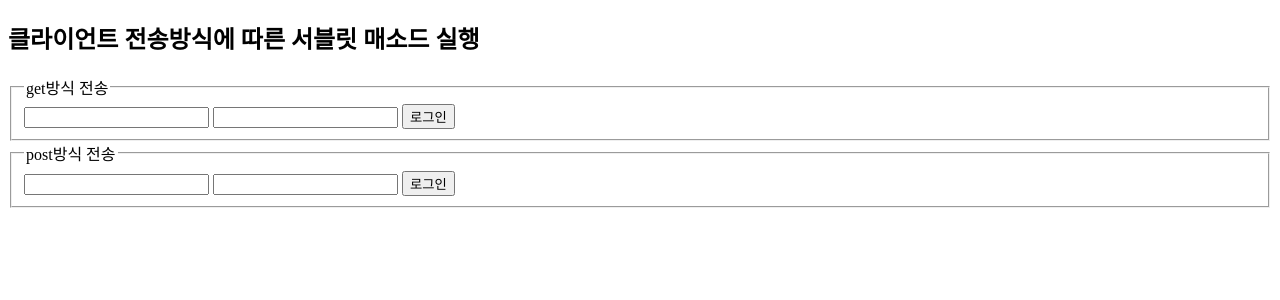
Repository: Jiwon-cho/WASPractice
Page: 02_servletdata/web/index.html
The author's editor kept a copy of each file at every save. The page is drawn from the files as they stood at one save, then again after the next save.
The browser window is 1280 px wide. The pictures show the whole page.

Above is the page before, as saved 2021-04-30 09:01:19.

After the next save:
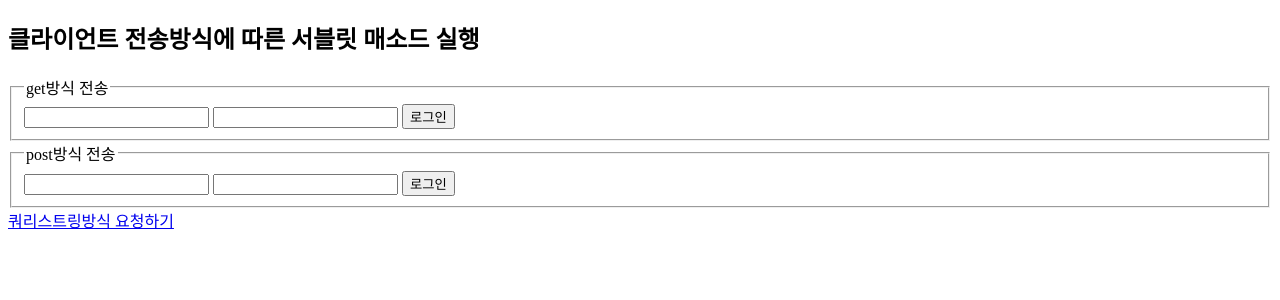
Saved 6 min 27 s later.
--- a/02_servletdata/web/index.html
+++ b/02_servletdata/web/index.html
@@ -22,5 +22,6 @@
 		<input type="submit" value="로그인">
 		</form>
 	</fieldset>
+	<a href="login.do?userId=집에&password=가고싶다">쿼리스트링방식 요청하기</a>
 </body>
 </html>
